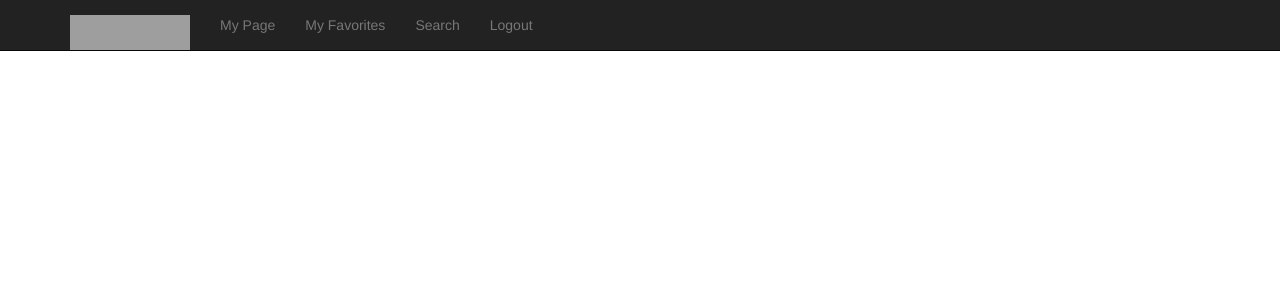
Repository: ese-unibe-ch/ese2014-team4
Page: http://localhost/share-a-flat/pages/template/header.jsp
An editor plug-in stored every save of this project. The page is shown before and after the next save, followed by the edit.
The browser window is 1280 px wide. The pictures show the whole page.
Pictures or frames that could not be fetched are drawn as grey boxes. The page is served by Tomcat 9. Nobody is signed in. The application's start-up code is not run.

Above is the page before, as saved 2014-11-10 21:30:54.

After the next save:
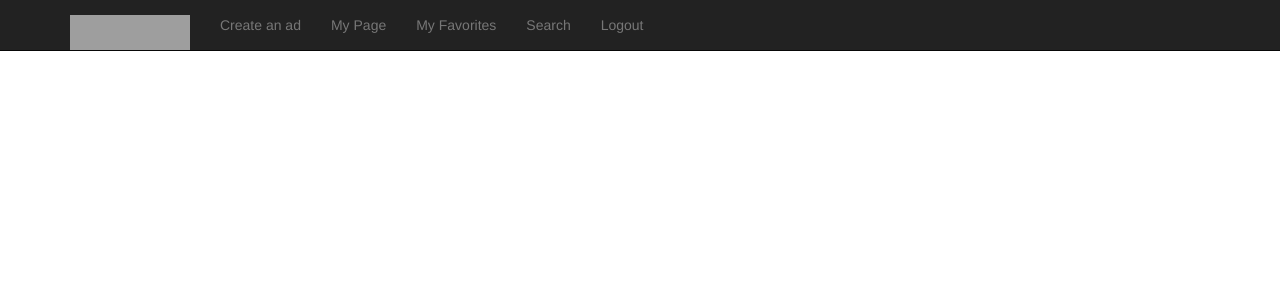
Saved 18 s later.
--- a/share-a-flat/src/main/webapp/pages/template/header.jsp
+++ b/share-a-flat/src/main/webapp/pages/template/header.jsp
@@ -2,24 +2,19 @@
 <html lang="en">
 
 <head>
-	<meta name="viewport" content="width=1024"  charset="utf-8" />
-
+	<meta charset="utf-8">
 
 
 	<!-- <link rel="stylesheet" type="text/css" href="/share-a-flat/css/main.css" media="all" /> -->
 	<link rel="stylesheet" type="text/css" href="/share-a-flat/css/bootstrap.min.css" media="all" />
 
-	<!-- <script type="text/javascript" src="dn.com/bootstrap/3.2.0/js/bootstrap.min.js"></script> -->
-	<!-- <script type="text/javascript" src="http://code.jquery.com/jquery-2.1.1.min.js"></script> -->
-
-	<!-- HTML5 shim, for IE6-8 support of HTML5 elements -->
-	<!--[if lt IE 9]>
-	    <script src="http://html5shim.googlecode.com/svn/trunk/html5.js"></script>
-	    <![endif]-->
+	<script src="js/jquery-2.1.1.min.js"></script>
+	<script src="js/bootstrap.min.js"></script>
+	<script src="js/test.js"></script>
 
 	<style>
 		body {
-		  padding-top: 20px;
+		  padding-top: 50px;
 		}
 
 		.starter-template {
@@ -60,6 +55,7 @@
         </div>
         <div class="collapse navbar-collapse">
           <ul class="nav navbar-nav">
+          	<li <%= isActive("createAd", request) %>><a href="createAd">Create an ad</a></li>
             <li <%= isActive("my-page", request) %>><a href="my-page">My Page</a></li>
             <li <%= isActive("favorites", request) %>><a href="favorites">My Favorites</a></li>
             <li <%= isActive("search-list", request) %>><a href="search-list">Search</a></li>
